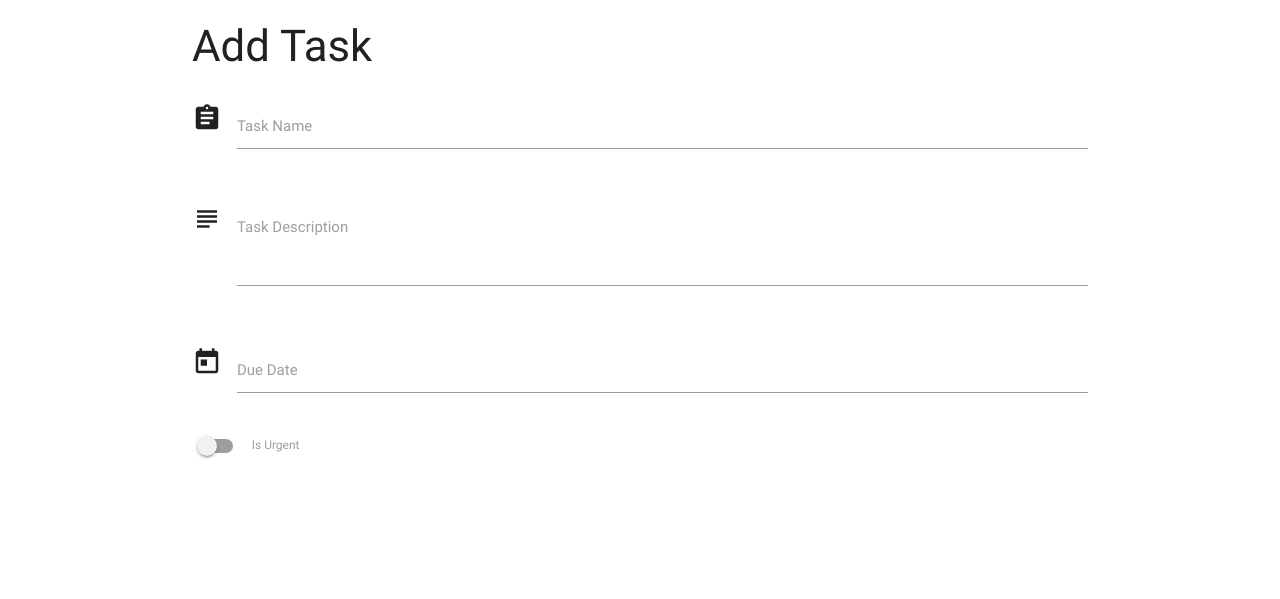
Repository: CharlieJT/task_manager
Page: http://localhost/add_task
The author's editor kept a record of every edit. The page is drawn from the files as they stood at one moment, then again after the next edit.
The browser window is 1280 px wide. The pictures show the whole page.
Some web libraries are served in a nearby version. The page is served by the project's application, run on Flask 3 (app.py). Queries for data that is not in the repository find no rows.

Above is the page before.

### templates/addtask.html
{% extends 'base.html' %} {% block content %}

<h3>Add Task</h3>

<div class="row">
    <form action="" method="POST" class="col s12">
        <div class="row">
            <div class="input-field col s12">
                <i class="material-icons prefix">assignment</i>
                <input id="task_name" name="task_name" type="text" class="validate">
                <label for="icon_prefix">Task Name</label>
            </div>
        </div>
        <div class="row">
            <div class="input-field col s12">
                <i class="material-icons prefix">subject</i>
                <textarea name="task_description" id="task_description" class="materialize-textarea"></textarea>
                <label for="icon_telephone">Task Description</label>
            </div>
        </div>
        <div class="row">
            <div id="matfix" class="input-field col s12">
                <i class="material-icons prefix">today</i>
                <input id="due_date" name="due_date" type="text" class="datepicker">
                <label for="icon_prefix">Due Date</label>
            </div>
        </div>
        <div class="row">
            <div class="switch">
                <label>
                  <input id="is_urgent" name="is_urgent" type="checkbox">
                  <span class="lever"></span>
                  Is Urgent
                </label>
            </div>
        </div>
    </form>
</div>

{% endblock %}

### templates/base.html
<!DOCTYPE html>
<html>

<head>
    <link href="https://fonts.googleapis.com/icon?family=Material+Icons" rel="stylesheet">
    <link rel="stylesheet" href="https://cdnjs.cloudflare.com/ajax/libs/materialize/0.100.2/css/materialize.min.css">
    <link rel="stylesheet" href="{{url_for('static', filename='css/style.css')}}" type="text/css" />
</head>

<body>
    <div class="container">
        {% block content %} {% endblock %}
    </div>

    <script src="https://cdnjs.cloudflare.com/ajax/libs/jquery/3.2.1/jquery.min.js"></script>
    <script src="https://cdnjs.cloudflare.com/ajax/libs/materialize/0.100.2/js/materialize.min.js"></script>
    <script type="text/javascript">
        $(document).ready(function() {
            $('.collapsible').collapsible();
            $('select').material_select();
        });
        $('.datepicker').pickadate({
            selectMonths: true, // Creates a dropdown to control month
            selectYears: 15, // Creates a dropdown of 15 years to control year,
            today: 'Today',
            clear: 'Clear',
            close: 'Ok',
            closeOnSelect: false // Close upon selecting a date,
        });
        document.getElementById("matfix").addEventListener("click", function(e) {
            e.stopPropagation();
        });
    </script>
</body>

</html>

### app.py
import os
from flask import Flask, render_template, redirect, request, url_for
from flask_pymongo import PyMongo
from bson.objectid import ObjectId

app = Flask(__name__)

app.config["MONGO_DBNAME"] = 'task_manager'
app.config["MONGO_URI"] = 'mongodb+srv://charliejt:db4649t2006rS@myfirstcluster-oqcs3.mongodb.net/task_manager?retryWrites=true&w=majority'

mongo = PyMongo(app)

@app.route('/')
@app.route('/get_tasks')
def get_tasks():
    return render_template('tasks.html', tasks=mongo.db.tasks.find())

@app.route('/add_task')
def add_task():
    return render_template('addtask.html',
    categories=mongo.db.categories.find())

@app.route('/insert_task', methods=["POST"])
def insert_task():
    tasks = mongo.db.tasks
    tasks.insert_one(request.form.to_dict())
    return redirect(url_for('get_tasks'))

@app.route('/edit_task/<task_id>')
def edit_task(task_id):
    the_task = mongo.db.tasks.find_one({"_id": ObjectId(task_id) })
    all_categories = mongo.db.categories.find()
    return render_template('edittask.html', task=the_task, categories=all_categories)

@app.route('/update_task/<task_id>', methods=["POST"])
def update_task(task_id):
    tasks = mongo.db.tasks
    tasks.update({'_id': ObjectId(task_id)},
    {
        'task_name': request.form.get('task_name'),
        'category_name': request.form.get('category_name'),
        'task_description': request.form.get('task_description'),
        'due_date': request.form.get('due_date'),
        'is_urgent':  request.form.get('is_urgent')
    })
    return redirect(url_for('get_tasks'))

@app.route('/delete_task/<task_id>')
def delete_task(task_id):
    tasks = mongo.db.tasks
    tasks.remove({'_id': ObjectId(task_id)})
    return redirect(url_for('get_tasks'))

@app.route('/get_categories')
def get_categories():
    return render_template('categories.html',
    categories=mongo.db.categories.find())

@app.route('/edit_categories/<category_id>')
def edit_category(category_id):
    return render_template('editcategory.html',
        category=mongo.db.categories.find_one({'_id': ObjectId(category_id)})
    )

if __name__ == '__main__':
    app.run(host=os.environ.get('IP'),
        port=int(os.environ.get('PORT')),
        debug=True)

### static/css/style.css
/*body {*/
/*    background-color: red;*/
/*}*/

.btn_small {
    height: 24px;
    width: 60px;
    line-height: 24px;
    margin: 5px;
    padding: 0 0.5em;
}

After the next edit:
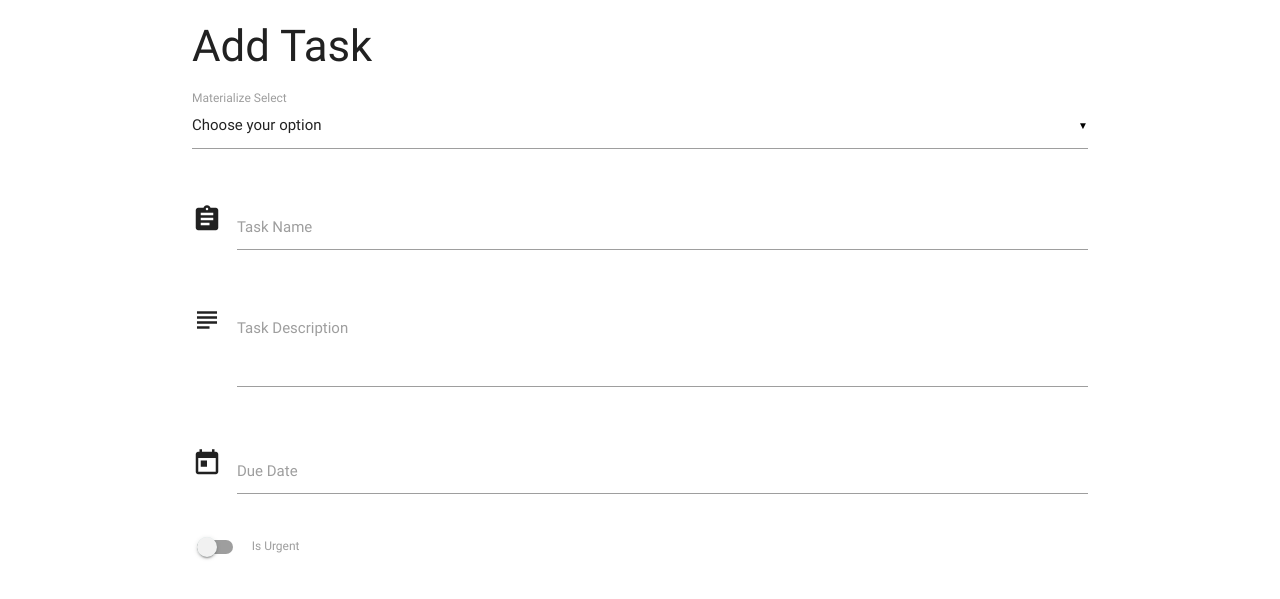
The edit:
--- a/templates/addtask.html
+++ b/templates/addtask.html
@@ -4,6 +4,17 @@
 
 <div class="row">
     <form action="" method="POST" class="col s12">
+        <div class="row">
+            <div class="input-field col s12">
+                <select>
+                      <option value="" disabled selected>Choose your option</option>
+                      <option value="1">Option 1</option>
+                      <option value="2">Option 2</option>
+                      <option value="3">Option 3</option>
+                    </select>
+                <label>Materialize Select</label>
+            </div>
+        </div>
         <div class="row">
             <div class="input-field col s12">
                 <i class="material-icons prefix">assignment</i>
